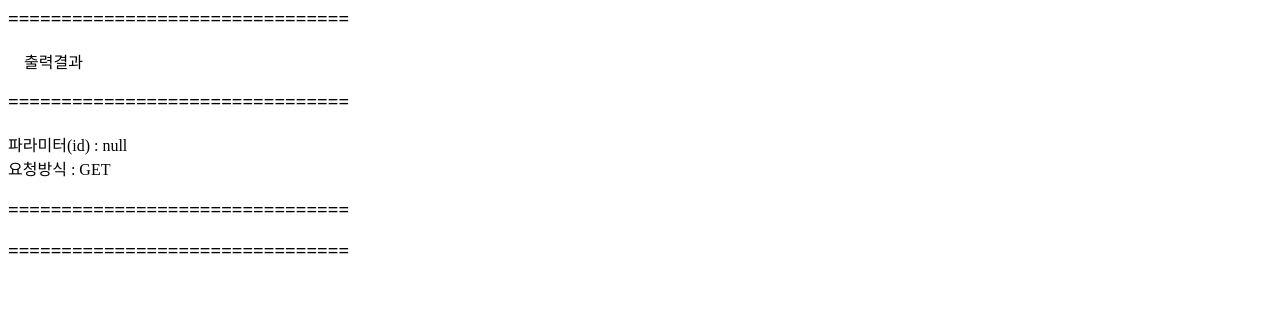
Repository: cdj6995/Web
Page: http://localhost/Lecture-Web/method
The author's editor kept a copy of each file at every save. The page is drawn from the files as they stood at one save, then again after the next save.
The browser window is 1280 px wide. The pictures show the whole page.
The page is served by Tomcat 9. Other server files are loaded and not shown.

Above is the page before, as saved 2022-06-02 02:11:36.

### Lecture-Web/src/main/java/kr/ac/kopo/servlet/MethodServlet.java
package kr.ac.kopo.servlet;

import java.io.IOException;
import java.io.PrintWriter;

import javax.servlet.ServletException;
import javax.servlet.http.HttpServlet;
import javax.servlet.http.HttpServletRequest;
import javax.servlet.http.HttpServletResponse;

public class MethodServlet extends HttpServlet {

	@Override
	protected void doGet(HttpServletRequest request, HttpServletResponse response) throws ServletException, IOException {
		String method = request.getMethod();	// 요청이 어떤 메서드 방식인지? get? post?
		String uri = request.getRequestURI();
		StringBuffer url = request.getRequestURL();
		String id = request.getParameter("id");

		response.setContentType("text/html; charset=utf-8");
		PrintWriter out = response.getWriter();
		out.println("<html>");
		out.println("<head>");
		out.println("	<title>메소드 요청방식</title>");
		out.println("</head>");
		out.println("<body>");
		out.println("	<h3>================================</h3>");
		out.println("	&nbsp;&nbsp;&nbsp;&nbsp;출력결과");
		out.println("	<h3>================================</h3>");
		out.println("	파라미터(id) : " + id + "<br>");
		out.println("	요청방식 : " + method + "<br>");
		out.println("	<h3>================================</h3>");
		out.println("	<h3>================================</h3>");
		out.println("</body>");
		out.println("</html>");

		/*
		 	System.out.println("요청 메소드 : " + method);
		 	System.out.println("요청 URI : " + uri);
		 	System.out.println("요청 URL : " + url.toString());
		 	System.out.println("ID : " + id);
		 */



	}


}

After the next save:
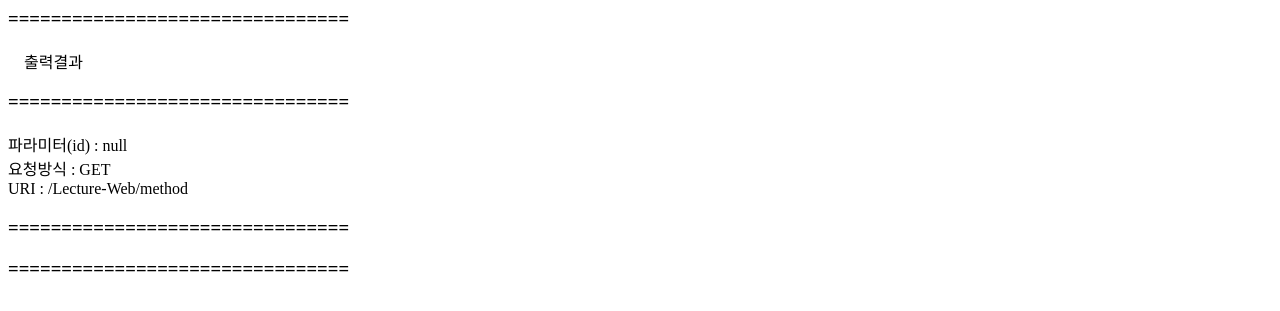
Saved 17 s later.
--- a/Lecture-Web/src/main/java/kr/ac/kopo/servlet/MethodServlet.java
+++ b/Lecture-Web/src/main/java/kr/ac/kopo/servlet/MethodServlet.java
@@ -29,6 +29,7 @@ public class MethodServlet extends HttpServlet {
 		out.println("	<h3>================================</h3>");
 		out.println("	파라미터(id) : " + id + "<br>");
 		out.println("	요청방식 : " + method + "<br>");
+		out.println("	URI : " + uri);
 		out.println("	<h3>================================</h3>");
 		out.println("	<h3>================================</h3>");
 		out.println("</body>");
